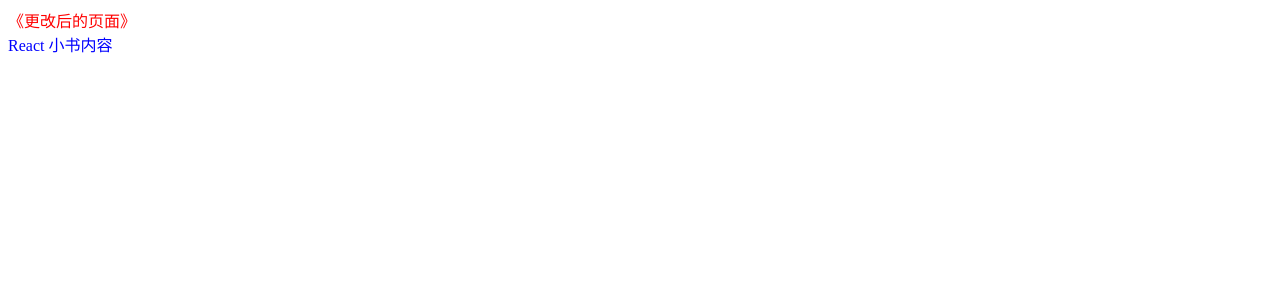
Repository: henanbuct/make-redux
Page: /
An editor plug-in stored every save of this project. The page is shown before and after the next save, followed by the edit.
The browser window is 1280 px wide. The pictures show the whole page.
The project was rebuilt for these pictures with package versions that can differ from the ones it lists, and the page was loaded fresh each time.

Above is the page before, as saved 2018-08-07 17:09:34.

### public/index.html
<!DOCTYPE html>
<html lang="en">
  <head>
    <meta charset="utf-8">
    <meta name="viewport" content="width=device-width, initial-scale=1, shrink-to-fit=no">
    <meta name="theme-color" content="#000000">
    <!--
      manifest.json provides metadata used when your web app is added to the
      homescreen on Android. See https://developers.google.com/web/fundamentals/engage-and-retain/web-app-manifest/
    -->
    <link rel="manifest" href="%PUBLIC_URL%/manifest.json">
    <link rel="shortcut icon" href="%PUBLIC_URL%/favicon.ico">
    <!--
      Notice the use of %PUBLIC_URL% in the tags above.
      It will be replaced with the URL of the `public` folder during the build.
      Only files inside the `public` folder can be referenced from the HTML.

      Unlike "/favicon.ico" or "favicon.ico", "%PUBLIC_URL%/favicon.ico" will
      work correctly both with client-side routing and a non-root public URL.
      Learn how to configure a non-root public URL by running `npm run build`.
    -->
    <title>React App</title>
  </head>
  <body>
    <noscript>
      You need to enable JavaScript to run this app.
    </noscript>
    <div id="root">
      <div id='title'></div>
      <div id='content'></div>
    </div>

  </body>
</html>

### src/index.js
const appState={
  title:{
    text:"React 小书",
    color:"red"
  },
  content:{
    text:"React 小书内容",
    color:'blue'
  }
}

//更改状态的函数
function dispatch(action){
  switch(action.type){
    case "UPDATE_TITLE_TEXT":
      appState.title.text=action.text
      break
    case "UPDATE_TITLE_COLOR":
      appState.title.color=action.color
      break
    default:
      break
  }
}

function renderApp(appState){
  renderTitle(appState.title)
  renderContent(appState.content)
}

function renderTitle(title){
  const titleDOM=document.getElementById("title")
  titleDOM.innerHTML=title.text
  titleDOM.style.color=title.color
}

function renderContent(content){
  const contentDOM=document.getElementById("content")
  contentDOM.innerHTML=content.text
  contentDOM.style.color=content.color
}


//首次渲染页面
renderApp(appState)

dispatch({type:"UPDATE_TITLE_TEXT",text:"《更改后的页面》"})
dispatch({type:"UPDATE_TITLE_COLOR",text:"yellow"})

renderApp(appState)

After the next save:
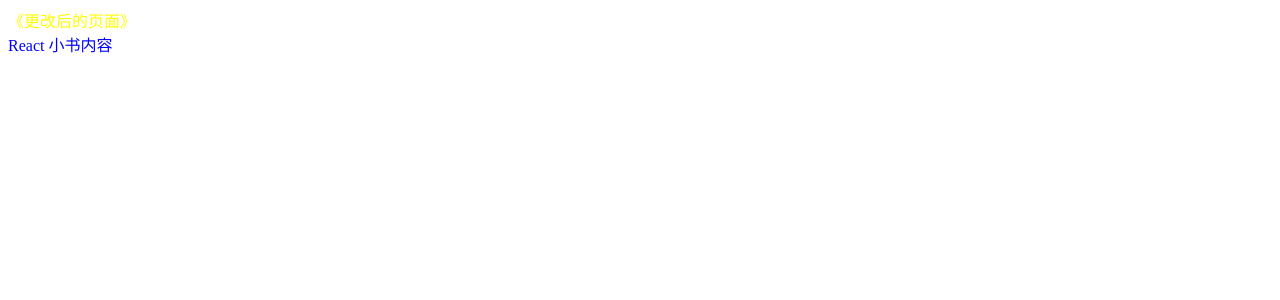
Saved 16 s later.
--- a/src/index.js
+++ b/src/index.js
@@ -45,6 +45,6 @@
 renderApp(appState)
 
 dispatch({type:"UPDATE_TITLE_TEXT",text:"《更改后的页面》"})
-dispatch({type:"UPDATE_TITLE_COLOR",text:"yellow"})
+dispatch({type:"UPDATE_TITLE_COLOR",color:"yellow"})
 
 renderApp(appState)
